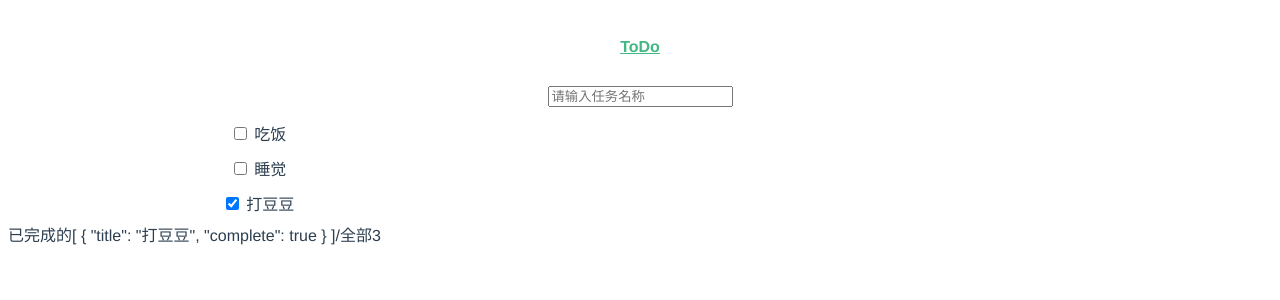
Repository: flyerwge/ToDo
Page: /
These files come from the project's save history. The page is drawn as it stood at one moment and after the next save; the edit follows.
The browser window is 1280 px wide. The pictures show the whole page.
The project was rebuilt for these pictures with package versions that can differ from the ones it lists, and the page was loaded fresh each time. Also part of the build but not shown: vue.config.js.

Above is the page before, as saved 2021-03-13 16:46:40.

After the next save:
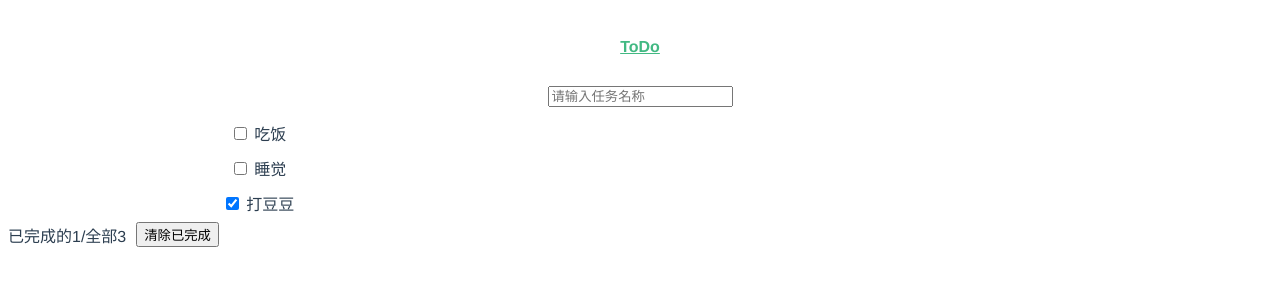
Saved 20 s later.
--- a/src/components/navFooter/NavFooter.vue
+++ b/src/components/navFooter/NavFooter.vue
@@ -24,7 +24,7 @@ export default defineComponent({
       let arr = props.list.filter((item) => {
         return item.complete;
       });
-      return arr;
+      return arr.length;
     });
     //清除已完成
     let clear = () => {
